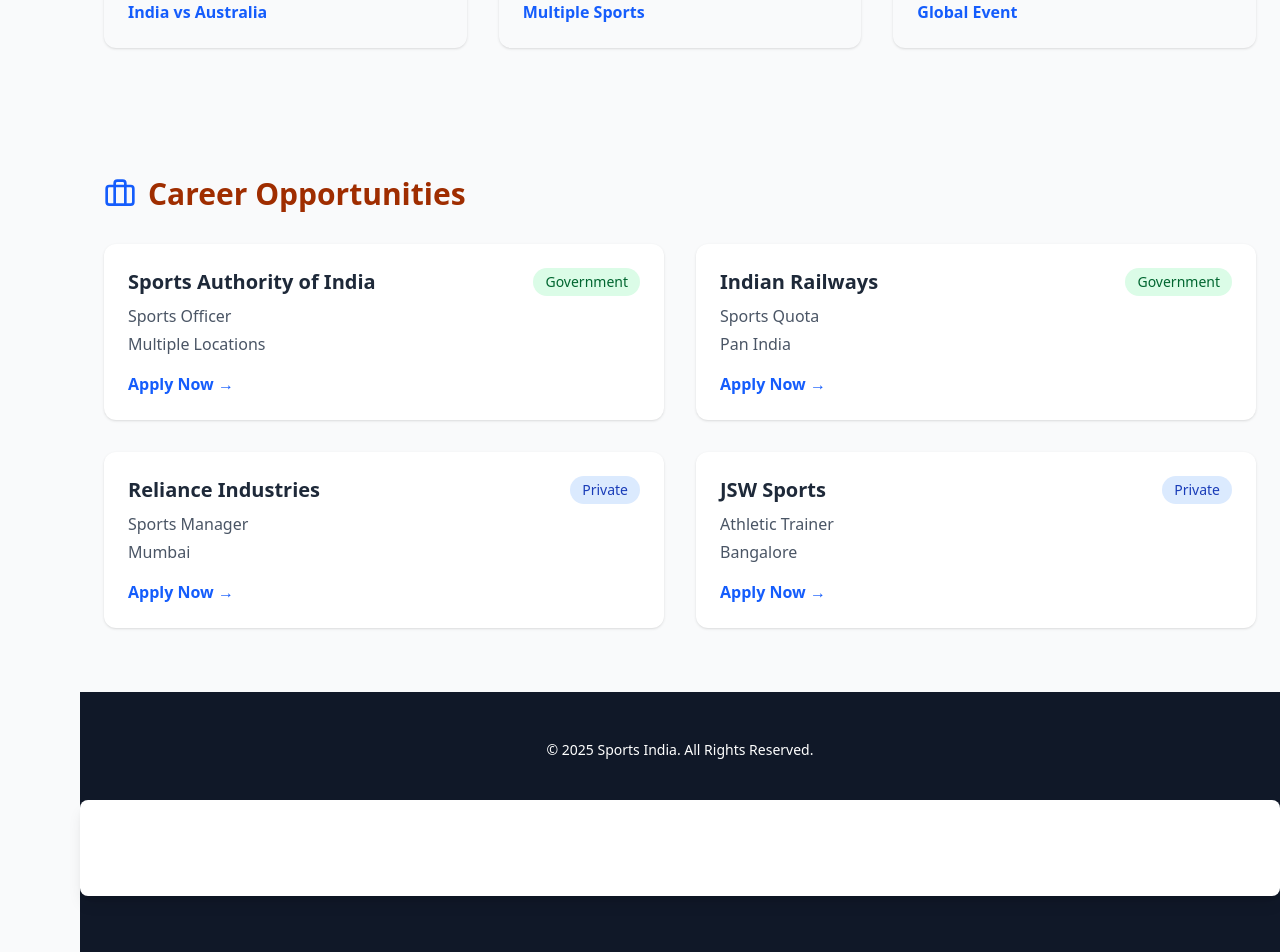
Repository: Shovon0004/Athlete
Page: / (app in Athlete/)
An editor plug-in stored every save of this project. The page is shown before and after the next save, followed by the edit.
The browser window is 1280 px wide. The pictures show the part of the page from y = 856 to 1808 px (the page is 1808 px tall before and 1664 px after).
The page's requests for data from a server got no answer. The project was rebuilt for these pictures with package versions that can differ from the ones it lists, and the page was loaded fresh each time. No one was signed in, and anything a server would have sent is missing. Also part of the build but not shown: Athlete/vite.config.js.

Above is the page before, as saved 2025-01-26 13:15:40.

### Athlete/src/App.jsx
import { useState } from 'react'
import SideNavbar from './components/SideNavbar'
import HeroPage from './components/HeroPage'

import './App.css'

function App() {


  return (
    <>
      <SideNavbar />
      <HeroPage />
    </>
  )
}

export default App

### Athlete/src/components/SideNavbar.jsx
import React, { useState } from 'react';
import {
  Home,
  User,
  BarChart2,
  Shield,
  DollarSign,
  Menu
} from 'lucide-react';

const SideNavbar = () => {
  const [isExpanded, setIsExpanded] = useState(false);

  const navItems = [
    { icon: Home, label: 'Dashboard', href: '/' },
    { icon: User, label: 'Athletes', href: '/athletes' },
    { icon: BarChart2, label: 'Performance', href: '/performance' },
    { icon: Shield, label: 'Injuries', href: '/injuries' },
    { icon: DollarSign, label: 'Financial', href: '/financial' }
  ];

  return (
    <div
      className={`h-screen bg-gray-900 text-white transition-all duration-300
        ${isExpanded ? 'w-64' : 'w-20'} fixed left-0 top-0 z-50`}
    >
      <div className="flex flex-col h-full">
        {/* Logo & Toggle */}
        <div className="flex items-center justify-between p-4  border-orange-700">
          {isExpanded && (
            <div className="text-xl font-bold">Athlete Hub</div>
          )}
          <button
            onClick={() => setIsExpanded(!isExpanded)}
            className="hover:bg-orange-700 p-2 rounded"
          >
            <Menu />
          </button>
        </div>

        {/* Navigation Items */}
        <nav className="flex-grow mt-4">
          <ul className="space-y-2">
            {navItems.map((item, index) => (
              <li key={index}>
                <a
                  href={item.href}
                  className={`flex items-center p-3 hover:bg-orange-700
                    ${isExpanded ? 'justify-start px-6' : 'justify-center'}`}
                >
                  <item.icon className="mr-4" />
                  {isExpanded && <span>{item.label}</span>}
                </a>
              </li>
            ))}
          </ul>
        </nav>
      </div>
    </div>
  );
};

export default SideNavbar;

### Athlete/src/components/HeroPage.jsx
import React from 'react';
import { ChevronLeft, ChevronRight, Medal, Calendar, Briefcase } from 'lucide-react';
import axios from 'axios';

import SportsPage from './SportsPage';

const schemes = [
  {
    title: "Khelo India Youth Games",
    description: "Supporting young athletes with annual scholarships of ₹5 lakhs",
    image: "https://images.unsplash.com/photo-1461896836934-ffe607ba8211?auto=format&fit=crop&q=80&w=2070"
  },
  {
    title: "Target Olympic Podium Scheme (TOPS)",
    description: "Elite athlete support program for Olympic preparation",
    image: "https://www.manoramayearbook.in/content/dam/yearbook/learn/world/images/2020/mar/Olympics-2021.jpg"
  },
  {
    title: "National Sports Development Fund",
    description: "Financial assistance for sports infrastructure and training",
    image: "https://images.unsplash.com/photo-1517649763962-0c623066013b?auto=format&fit=crop&q=80&w=2070"
  }
];

const upcomingMatches = [
  {
    event: "ICC T20 World Cup 2024",
    location: "West Indies & USA",
    date: "June 1-29, 2024",
    teams: "India vs Australia"
  },
  {
    event: "Asian Games 2024",
    location: "Aichi-Nagoya, Japan",
    date: "September 2024",
    teams: "Multiple Sports"
  },
  {
    event: "Paris Olympics 2024",
    location: "Paris, France",
    date: "July 26 - August 11, 2024",
    teams: "Global Event"
  }
];

const jobOpportunities = [
  {
    company: "Sports Authority of India",
    position: "Sports Officer",
    type: "Government",
    location: "Multiple Locations"
  },
  {
    company: "Indian Railways",
    position: "Sports Quota",
    type: "Government",
    location: "Pan India"
  },
  {
    company: "Reliance Industries",
    position: "Sports Manager",
    type: "Private",
    location: "Mumbai"
  },
  {
    company: "JSW Sports",
    position: "Athletic Trainer",
    type: "Private",
    location: "Bangalore"
  }
];

function HeroPage() {
  const [currentScheme, setCurrentScheme] = React.useState(0);

  const nextScheme = () => {
    setCurrentScheme((prev) => (prev + 1) % schemes.length);
  };

  const prevScheme = () => {
    setCurrentScheme((prev) => (prev - 1 + schemes.length) % schemes.length);
  };


  return (
    <div className="min-h-screen bg-gray-50 pl-20 dark:bg-gray-900">
      {/* Hero Section with Schemes Slider */}
      <div className="relative h-[600px] overflow-hidden">
        <div
          className="absolute inset-0 transition-transform duration-500 ease-in-out"
          style={{
            backgroundImage: `url(${schemes[currentScheme].image})`,
            backgroundSize: 'cover',
            backgroundPosition: 'center',
          }}
        >
          <div className="absolute inset-0  bg-opacity-50">
            <div className="container mx-auto px-6 h-full flex items-center">
              <div className="text-white max-w-3xl">
                <h1 className="text-5xl font-bold mb-4">{schemes[currentScheme].title}</h1>
                <p className="text-xl mb-8">{schemes[currentScheme].description}</p>
                <button className="bg-orange-700 hover:bg-orange-800 text-white px-8 py-3 rounded-lg font-semibold">
                  Learn More
                </button>
              </div>
            </div>
          </div>
        </div>
        <button
          onClick={prevScheme}
          className="absolute left-4 top-1/2 -translate-y-1/2 bg-white/30 p-2 rounded-full hover:bg-white/50 transition-colors"
        >
          <ChevronLeft className="w-6 h-6 text-white" />
        </button>
        <button
          onClick={nextScheme}
          className="absolute right-4 top-1/2 -translate-y-1/2 bg-white/30 p-2 rounded-full hover:bg-white/50 transition-colors"
        >
          <ChevronRight className="w-6 h-6 text-white" />
        </button>
      </div>

      {/* Upcoming Matches Section */}
      <section className="py-16 ">
        <div className="container mx-auto px-6">
          <div className="flex items-center mb-8">
            <Calendar className="w-8 h-8 text-blue-600 mr-3" />
            <h2 className="text-3xl font-bold text-orange-800">Upcoming Matches</h2>
          </div>
          <div className="grid md:grid-cols-3 gap-8">
            {upcomingMatches.map((match, index) => (
              <div key={index} className="bg-gray-50 rounded-xl p-6 shadow-sm hover:shadow-md transition-shadow">
                <h3 className="text-xl font-semibold text-gray-800 mb-2">{match.event}</h3>
                <p className="text-gray-600 mb-1">{match.location}</p>
                <p className="text-gray-600 mb-3">{match.date}</p>
                <p className="text-blue-600 font-semibold">{match.teams}</p>
              </div>
            ))}
          </div>
        </div>
      </section>

      {/* Career Opportunities Section */}
      <section className="py-16 bg-gray-50 dark:bg-gray-900">
        <div className="container mx-auto px-6 ">
          <div className="flex items-center mb-8 ">
            <Briefcase className="w-8 h-8 text-blue-600 mr-3" />
            <h2 className="text-3xl font-bold text-orange-800">Career Opportunities</h2>
          </div>
          <div className="grid md:grid-cols-2 gap-8 ">
            {jobOpportunities.map((job, index) => (
              <div key={index} className="bg-white rounded-xl p-6 shadow-sm hover:shadow-md transition-shadow">
                <div className="flex justify-between items-start">
                  <div>
                    <h3 className="text-xl font-semibold text-gray-800 mb-2">{job.company}</h3>
                    <p className="text-gray-600 mb-1">{job.position}</p>
                    <p className="text-gray-600">{job.location}</p>
                  </div>
                  <span className={`px-3 py-1 rounded-full text-sm font-medium ${
                    job.type === 'Government' ? 'bg-green-100 text-green-800' : 'bg-blue-100 text-blue-800'
                  }`}>
                    {job.type}
                  </span>
                </div>
                <button className="mt-4 text-blue-600 font-semibold hover:text-blue-700">
                  Apply Now →
                </button>
              </div>
            ))}
          </div>
        </div>
      </section>
      <footer className="bg-gray-900 text-white py-8">
      {/* Footer Bottom */}
      <div className="bg-gray-900 text-center py-4">
        <p className="text-sm">© 2025 Sports India. All Rights Reserved.</p>
        </div>
        <SportsPage />
    </footer>
    </div>
  );
}

export default HeroPage;

### Athlete/src/components/SportsPage.jsx
import React, { useState, useEffect } from 'react';
import News from './News';

const SportsPage = () => {
  const [headlines, setHeadlines] = useState([]);

  useEffect(() => {
    fetch('https://newsapi.org/v2/top-headlines?country=us&category=sports&apiKey=968ed8d338864e7cb30985681a6b4893')
      .then(response => response.json())
      .then(data => setHeadlines(data.articles));
  }, []);

  return (
    <div>
      <News headlines={headlines} />
    </div>
  );
};

export default SportsPage;

### Athlete/src/components/News.jsx
import React from 'react';

const NewsContainer = ({ headlines }) => (
  <div className="container mx-auto">
    <News headlines={headlines} />
  </div>
);

const News = ({ headlines }) => (
  <div className="bg-white shadow-lg rounded-lg p-6 my-6">
    <h1 className="text-2xl font-bold mb-4">Top Business Headlines</h1>
    <ul className="space-y-4">
      {headlines.map(({ title, author, url, description }, i) => (
        <li key={i} className="border-b pb-4 last:border-b-0 last:pb-0">
          <a href={url} target="_blank" rel="noopener noreferrer" className="hover:text-blue-500 transition-colors">
            <h3 className="text-lg font-medium">{title}</h3>
          </a>
          <p className="text-gray-500 mb-2">{author}</p>
          <p className="text-gray-700">{description}</p>
        </li>
      ))}
    </ul>
  </div>
);

export default NewsContainer;

Loaded but not shown: Athlete/index.html (common file); Athlete/src/main.jsx (common file); Athlete/src/index.css (common file); Athlete/src/App.css (common file)

After the next save:
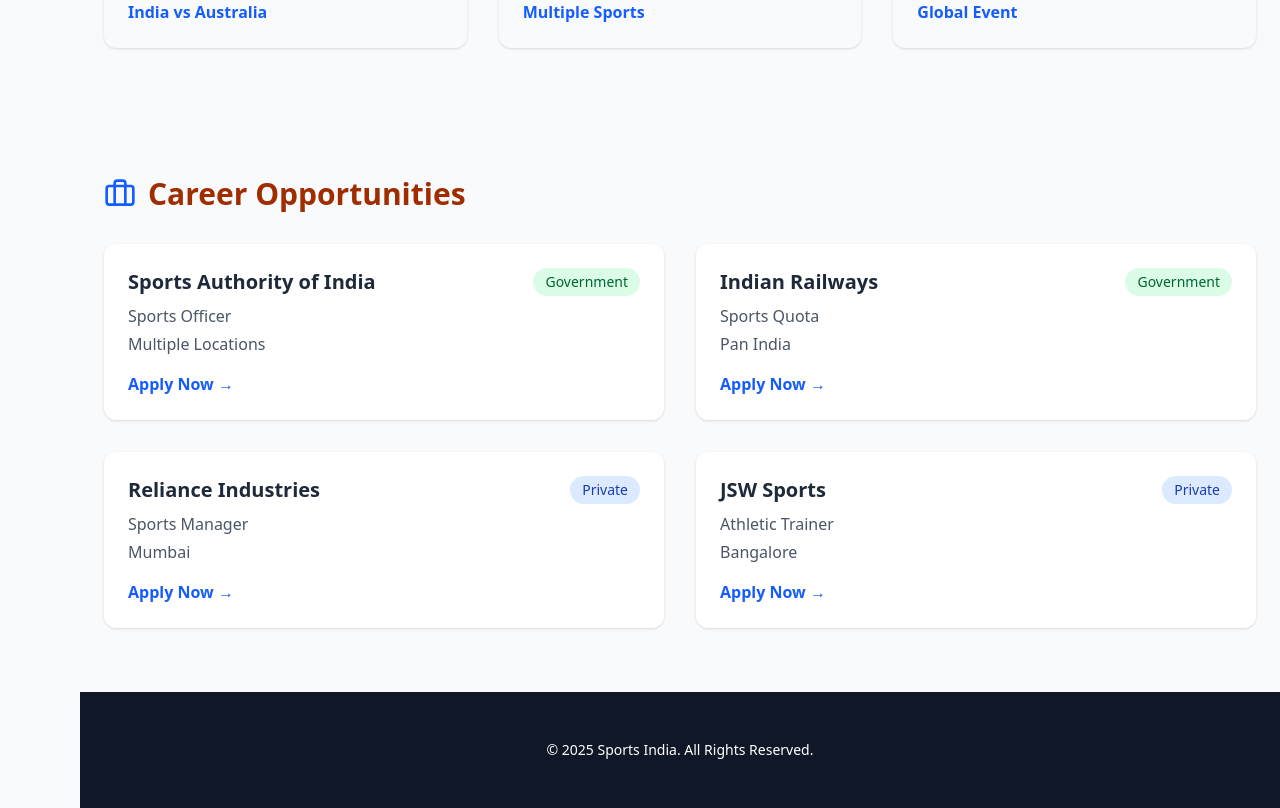
Saved 36 s later.
--- a/Athlete/src/components/News.jsx
+++ b/Athlete/src/components/News.jsx
@@ -1,25 +1,26 @@
 import React from 'react';
 
 const NewsContainer = ({ headlines }) => (
-  <div className="container mx-auto">
-    <News headlines={headlines} />
+  <div className="container mx-auto space-y-6">
+    {headlines.map(({ title, author, url, description }, i) => (
+      <NewsArticle
+        key={i}
+        title={title}
+        author={author}
+        url={url}
+        description={description}
+      />
+    ))}
   </div>
 );
 
-const News = ({ headlines }) => (
-  <div className="bg-white shadow-lg rounded-lg p-6 my-6">
-    <h1 className="text-2xl font-bold mb-4">Top Business Headlines</h1>
-    <ul className="space-y-4">
-      {headlines.map(({ title, author, url, description }, i) => (
-        <li key={i} className="border-b pb-4 last:border-b-0 last:pb-0">
-          <a href={url} target="_blank" rel="noopener noreferrer" className="hover:text-blue-500 transition-colors">
-            <h3 className="text-lg font-medium">{title}</h3>
-          </a>
-          <p className="text-gray-500 mb-2">{author}</p>
-          <p className="text-gray-700">{description}</p>
-        </li>
-      ))}
-    </ul>
+const NewsArticle = ({ title, author, url, description }) => (
+  <div className="bg-white shadow-lg rounded-lg p-6">
+    <a href={url} target="_blank" rel="noopener noreferrer" className="hover:text-blue-500 transition-colors">
+      <h3 className="text-lg font-medium">{title}</h3>
+    </a>
+    <p className="text-gray-500 mb-2">{author}</p>
+    <p className="text-gray-700">{description}</p>
   </div>
 );
 
